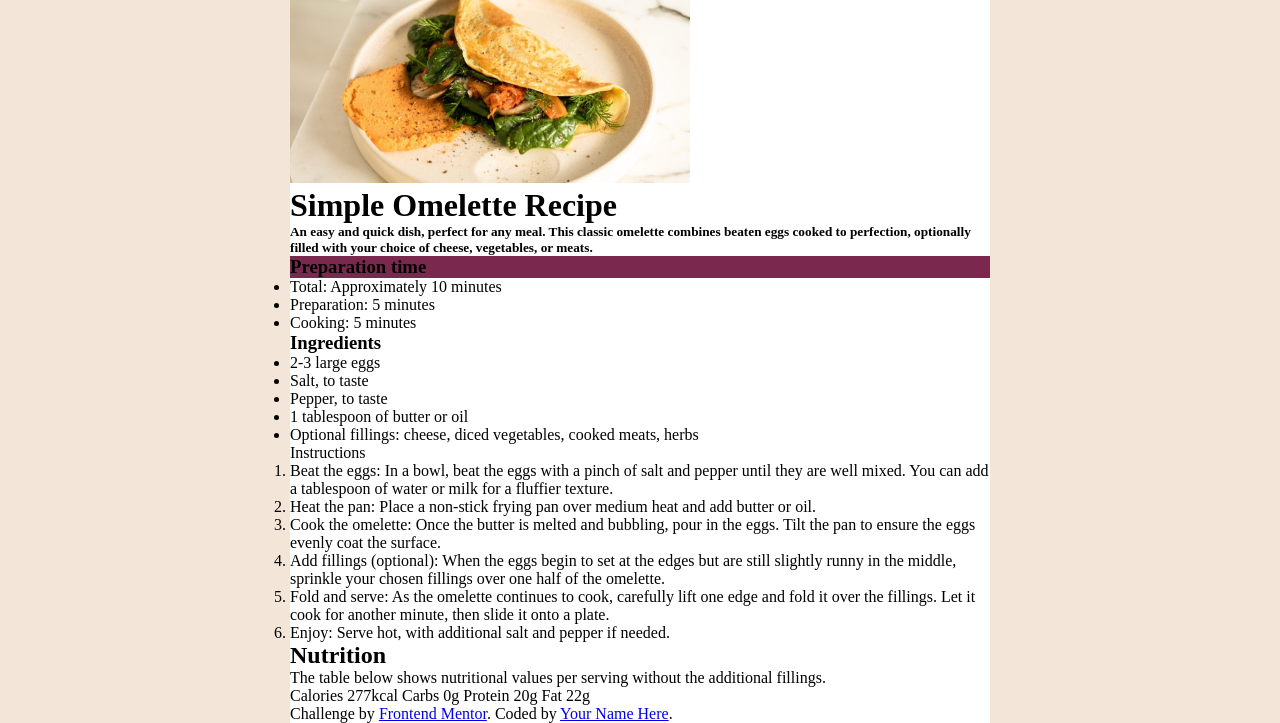
Repository: sodmaq/recipe-page-
Page: index.html
An editor plug-in stored every save of this project. The page is shown before and after a run of saves, followed by the edit.
The browser window is 1280 px wide. The pictures show the whole page.

Above is the page before, as saved 2024-09-07 19:01:47.

After the next 2 saves:
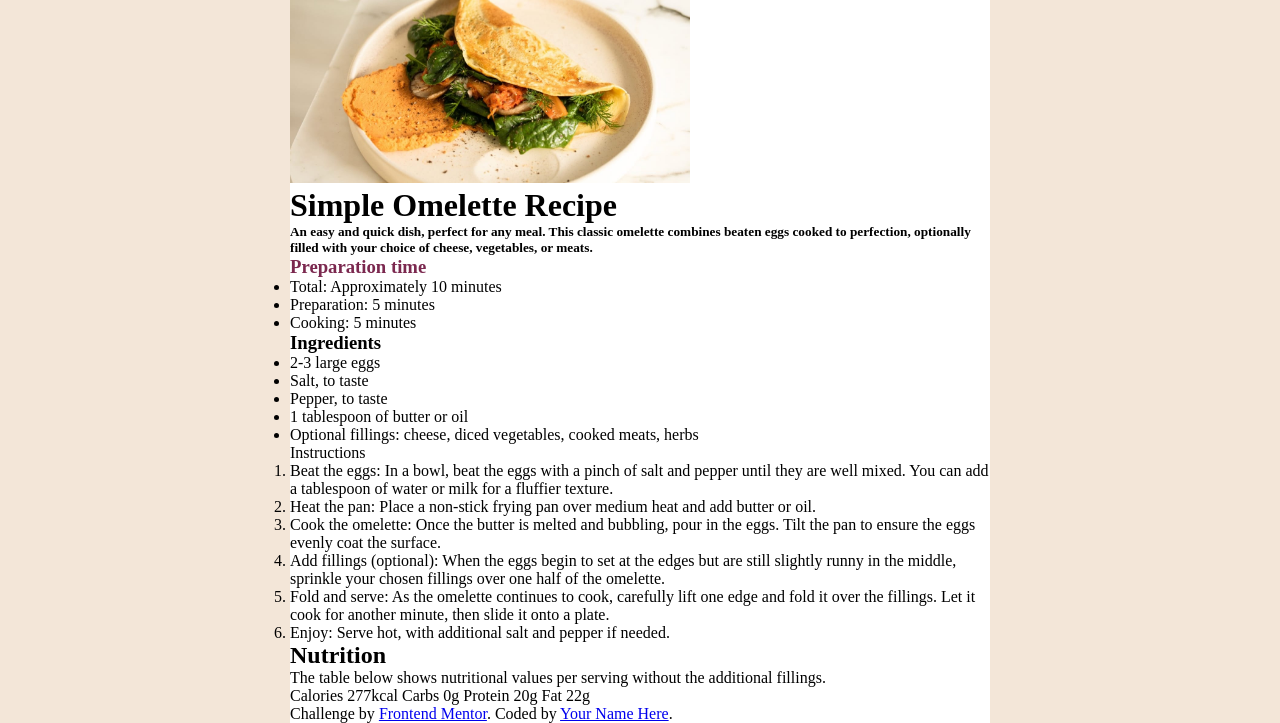
The 2 saves are shown as one change because they came seconds apart.
The last was saved 43 s later.
--- a/style.css
+++ b/style.css
@@ -19,5 +19,5 @@ img {
 .preparation {
 }
 #text {
-  background-color: hsl(332, 51%, 32%);
+  color: hsl(332, 51%, 32%);
 }
